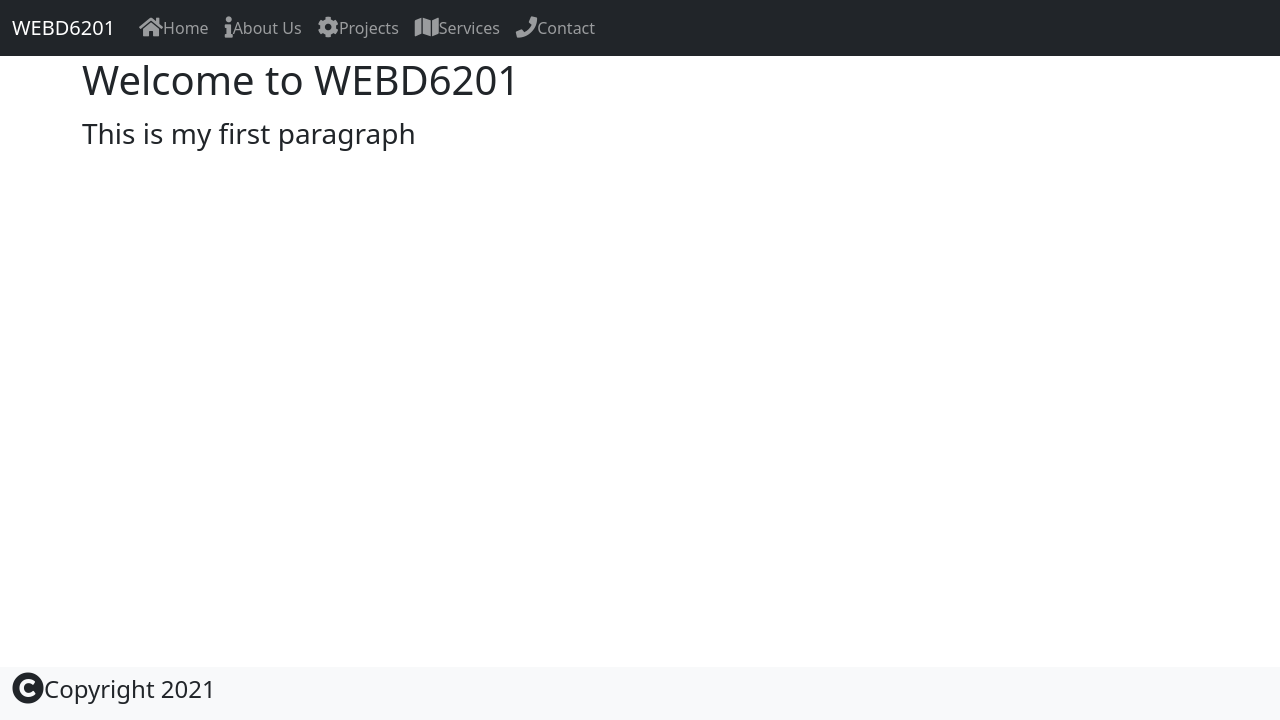
Repository: deividwsantoss/webd6201-W2021-ICE1
Page: projects.html
The author's editor kept a copy of each file at every save. The page is drawn from the files as they stood at one save, then again after the next save.
The browser window is 1280 px wide. The pictures show the whole page.

Above is the page before, as saved 2021-02-02 11:54:15.

### projects.html
<!DOCTYPE html>
<html lang="en">
<head>
    <meta charset="UTF-8">
    <meta name="viewport" content="width=device-width, initial-scale=1.0">
    <title>Home</title>
</head>
<!-- CSS SECTION -->
<link rel="stylesheet" href="./node_modules/bootstrap/dist/css/bootstrap.min.css">
<link rel="stylesheet" href="./node_modules/@fortawesome/fontawesome-free/css/all.min.css">
<link rel="stylesheet" href="./Content/app.css">

<body>
    <!-- MAIN HEADER-->
    <header>
        <!-- Main Navegation-->
        <nav class="navbar navbar-expand-lg navbar-dark bg-dark">
            <div class="container-fluid">
              <a class="navbar-brand" href="Index.html">WEBD6201</a>
              <button class="navbar-toggler" type="button" data-bs-toggle="collapse" data-bs-target="#navbarSupportedContent" aria-controls="navbarSupportedContent" aria-expanded="false" aria-label="Toggle navigation">
                <span class="navbar-toggler-icon"></span>
              </button>
              <div class="collapse navbar-collapse" id="navbarSupportedContent">
                <ul class="navbar-nav me-auto mb-2 mb-lg-0">
                  <li class="nav-item">
                    <a class="nav-link" aria-current="page" href="Index.html"><i class="fas fa-home fa-lg"></i>Home</a>
                  </li>
                  <li class="nav-item">
                    <a class="nav-link" aria-current="page" href="about.html"><i class="fas fa-info fa-lg"></i>About Us</a>
                  </li>
                  <li class="nav-item">
                    <a class="nav-link" aria-current="page" href="projects.html"><i class="fas fa-cog fa-lg"></i>Projects</a>
                  </li>
                  <li class="nav-item">
                    <a class="nav-link" aria-current="page" href="services.html"><i class="fas fa-map fa-lg"></i>Services</a>
                  </li>
                  <li class="nav-item">
                    <a class="nav-link" aria-current="page" href="contact.html"><i class="fas fa-phone fa-lg"></i>Contact</a>
                  </li>

                </ul>

              </div>
            </div>
          </nav>
    </header>
    <!-- Main content-->
    <main class="container">

        <h1>Welcome to WEBD6201 </h1>
        <p id="paragraphOne"> </p>
    </main>

    <!-- Main Footer -->
    <footer>
        <nav class="navbar fixed-bottom navbar-light bg-light">
            <div class="container-fluid">
                <h4><i class="fas fa-copyright fa-lg"></i>Copyright 2021 </h4>
            </div>
          </nav>

    </footer>
    <!-- Script Section-->
    <script src="./node_modules/jquery/dist/jquery.min.js"></script>
    <script src="./node_modules/bootstrap/dist/js/bootstrap.bundle.min.js"></script>
    <script src="./Scripts/app.js"></script>
</body>
</html>

### Scripts/app.js
/* Custom JavaScript goes here */


// IIFE -
//AKA - Anonymous self-excuting function

"use strict";

(function()
{


    function Start()
    {
        console.log("App Started...")

        let paragraphOneText = "This is a simple site to demonstrate DOM manipulation for ICE 1";
        let paragraphOneElement = document.getElementById("paragraphOne");

        //let paragraphOneParagraph = document.getElementsByTagName("p")[0];
        //let paragraphOneQuery = document.querySelector("p");
        //let paragraphOneQuerys = document.querySelectorAll("p")[0];

        paragraphOneElement.textContent = paragraphOneText;
        paragraphOneElement.className = "fs-5";

        //SECOND METHOD
        //Step 1. document.createElement
        let newParagraph = document.createElement("p");
        //configure the element
        newParagraph.setAttribute("id", "paragraphTwo");
        newParagraph.textContent = "... And this is Paragraph Two";
        //step 3. Select the parent element
        let mainContent = document.getElementsByTagName("main")[0];
        //step 4. Add / Insert the element
        mainContent.appendChild(newParagraph);

        newParagraph.className = "fs-5";

        //  Another way to insert
        let paragraphDiv = document.createElement('div');
          let paragraphThree = `<p class="fs-7 fw-bold">And this is the Third Paragraph</p>`
        paragraphDiv.innerHTML = paragraphThree;

        newParagraph.before(paragraphDiv);

        // Deletions

        //removing simple element
        // paragraphOneElement.remove();

        //example of remove child
        // mainContent.removeChild(paragraphOneElement);

        // UPDATE - MODIFICATION

        //mainContent.firstElementChild.textContent = "Welcome Home";

        mainContent.innerHTML =
        `<h1 id="firstHeading">Welcome to WEBD6201 </h1>
        <p id="paragraphOne" class="fs-3">This is my first paragraph</p>
        `


    }
    window.addEventListener("load", Start);


})();

Loaded but not shown: node_modules/bootstrap/dist/css/bootstrap.min.css (library); node_modules/@fortawesome/fontawesome-free/css/all.min.css (library); node_modules/jquery/dist/jquery.min.js (library); node_modules/bootstrap/dist/js/bootstrap.bundle.min.js (library); Content/app.css (no stored copy; drawn as an empty file)

After the next save:
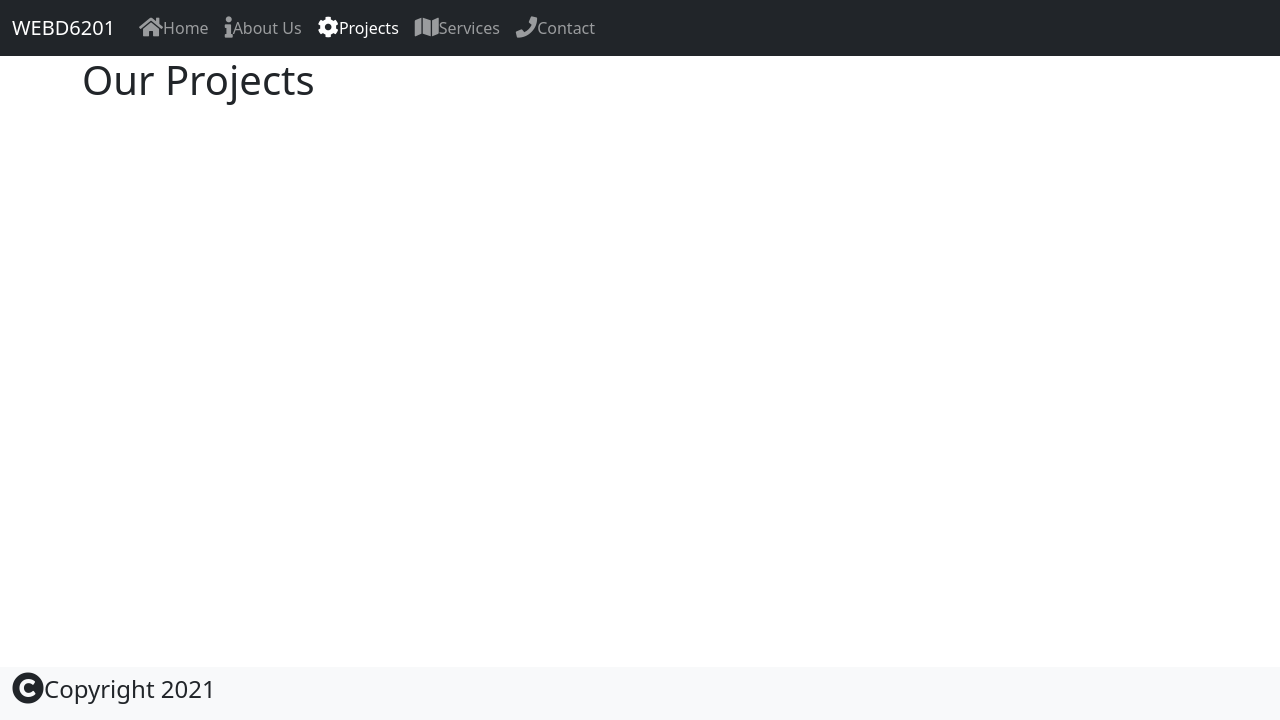
Console error: TypeError: Cannot set properties of null (setting 'textContent')
Saved 38 s later.
--- a/projects.html
+++ b/projects.html
@@ -3,7 +3,7 @@
 <head>
     <meta charset="UTF-8">
     <meta name="viewport" content="width=device-width, initial-scale=1.0">
-    <title>Home</title>
+    <title>Projects</title>
 </head>
 <!-- CSS SECTION -->
 <link rel="stylesheet" href="./node_modules/bootstrap/dist/css/bootstrap.min.css">
@@ -29,7 +29,7 @@
                     <a class="nav-link" aria-current="page" href="about.html"><i class="fas fa-info fa-lg"></i>About Us</a>
                   </li>
                   <li class="nav-item">
-                    <a class="nav-link" aria-current="page" href="projects.html"><i class="fas fa-cog fa-lg"></i>Projects</a>
+                    <a class="nav-link active" aria-current="page" href="projects.html"><i class="fas fa-cog fa-lg"></i>Projects</a>
                   </li>
                   <li class="nav-item">
                     <a class="nav-link" aria-current="page" href="services.html"><i class="fas fa-map fa-lg"></i>Services</a>
@@ -47,8 +47,8 @@
     <!-- Main content-->
     <main class="container">
 
-        <h1>Welcome to WEBD6201 </h1>
-        <p id="paragraphOne"> </p>
+        <h1>Our Projects </h1>
+
     </main>
 
     <!-- Main Footer -->
